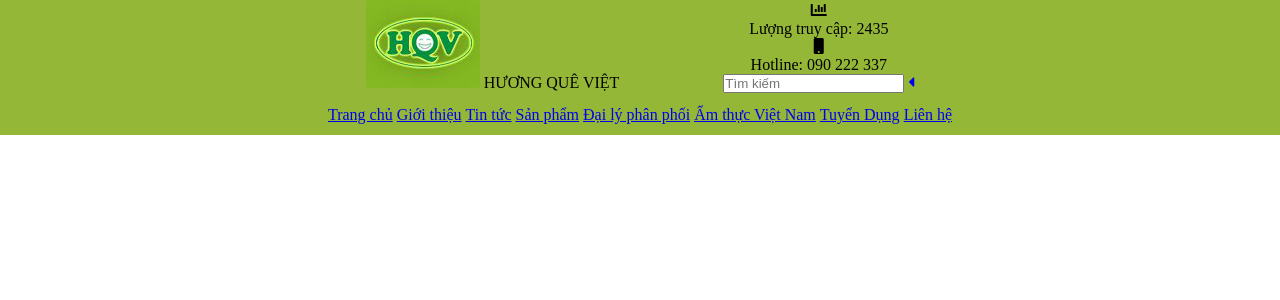
Repository: NgocTruong0701/Self_Learning
Page: html/practice/Baitapweb/index.html
The author's editor kept a copy of each file at every save. The page is drawn from the files as they stood at one save, then again after the next save.
The browser window is 1280 px wide. The pictures show the whole page.

Above is the page before, as saved 2021-10-06 16:49:47.

### html/practice/Baitapweb/index.html
<!DOCTYPE html>
<html>
    <head>
        <title>Web Bài 4</title>
        <meta charset="UTF-8">
        <meta name="author" content="Lê Ngọc Trường">
        <link rel="stylesheet" type="text/css" href="./assets/css/styles.css">
        <link rel="stylesheet" href="./assets/font/fontawesome-free-5.15.4-web/css/all.css">
    </head>

    <body>
        <!-- Begin Header -->
        <header>
            <!-- Khối bên phải -->
            <div class="box-left">
                <!-- logo -->
                <div class="logo">
                    <img src="./assets/pictures/logo/logo.jpg" alt="logo">
                </div>

                <!-- tiêu đề -->
                <div class="header-heading">
                    hương quê việt
                </div>
            </div>

            <!-- khối bên phải -->
            <div class="box-right">
                <div class="thongtin">
                    <div class="ltruycap">
                        <i class="fas fa-chart-bar"></i>
                        <p>Lượng truy cập: 2435</p>
                    </div>

                    <div class="hotline">
                        <i class="fas fa-mobile"></i>
                        <p>Hotline: 090 222 337</p>
                    </div>
                </div>

                <div class="search">
                    <form action="url" method="GET">
                        <input type="text" placeholder="Tìm kiếm">
                        <a href="#">
                            <i class="fas fa-caret-left"></i>
                        </a>
                    </form>
                </div>
            </div>

            <!-- menu header -->
            <div class="menu-header">
                <ul class="menu-tren">
                    <li><a href="#">Trang chủ</a></li>
                    <li><a href="#">Giới thiệu</a></li>
                    <li><a href="#">Tin tức</a></li>
                    <li><a href="#">Sản phẩm</a></li>
                    <li><a href="#">Đại lý phân phối</a></li>
                    <li><a href="#">Ẩm thực Việt Nam</a></li>
                    <li><a href="#">Tuyển Dụng</a></li>
                    <li><a href="#">Liên hệ</a></li>
                </ul>
            </div>

        </header>
        <!-- End Header -->

        <!-- Begin Body -->
        <div id="container">

        </div>
        <!-- End Body -->

        <!-- Begin Footer -->
        <footer>

        </footer>
        <!-- End Footer -->
    </body>
</html>

### html/practice/Baitapweb/assets/css/styles.css
/* RESET CSS */
*{
    padding:0;
    margin: 0;
    box-sizing:border-box;
}

/* Begin Header */
header{
    background-color: #94b737;
    text-align: center;
    width: 100%;
    height: 135px;
}

.logo{
    display: inline-block;
}

.header-heading{
    text-transform: uppercase;
    display: inline-block;
    padding-right:100px;
    height:

}

header .box-left{
    display: inline-block;
    height: 95px;
}

header .box-right{
    display: inline-block;
}

.menu-header{
    height: 40px;
}


.menu-tren li{
    display: inline-block;
}

.menu-tren li a{
    line-height: 40px;
}


/* End Header */

/* Begin Container */




/* End Container */

/* Begin Footer */





/* End Footer */

Loaded but not shown: html/practice/Baitapweb/Web4-Webside-LeNgocTruong-2020601391/assets/font/fontawesome-free-5.15.4-web/css/all.css (library)

After the next save:
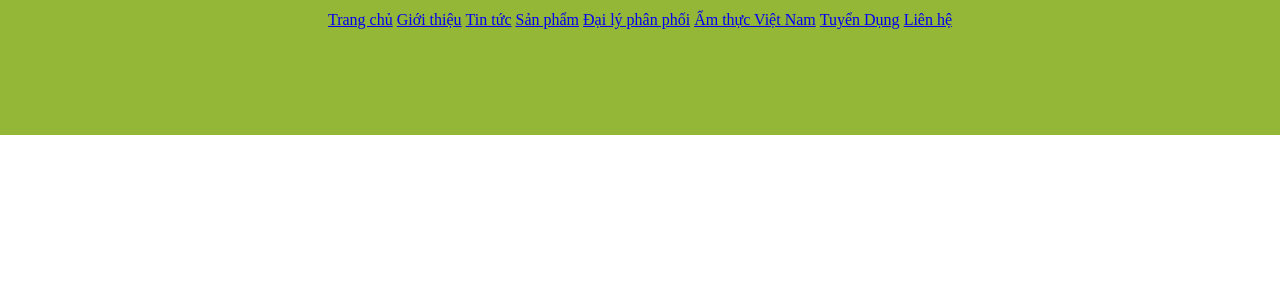
Saved 22 s later.
--- a/html/practice/Baitapweb/index.html
+++ b/html/practice/Baitapweb/index.html
@@ -12,41 +12,7 @@
         <!-- Begin Header -->
         <header>
             <!-- Khối bên phải -->
-            <div class="box-left">
-                <!-- logo -->
-                <div class="logo">
-                    <img src="./assets/pictures/logo/logo.jpg" alt="logo">
-                </div>
 
-                <!-- tiêu đề -->
-                <div class="header-heading">
-                    hương quê việt
-                </div>
-            </div>
-
-            <!-- khối bên phải -->
-            <div class="box-right">
-                <div class="thongtin">
-                    <div class="ltruycap">
-                        <i class="fas fa-chart-bar"></i>
-                        <p>Lượng truy cập: 2435</p>
-                    </div>
-
-                    <div class="hotline">
-                        <i class="fas fa-mobile"></i>
-                        <p>Hotline: 090 222 337</p>
-                    </div>
-                </div>
-
-                <div class="search">
-                    <form action="url" method="GET">
-                        <input type="text" placeholder="Tìm kiếm">
-                        <a href="#">
-                            <i class="fas fa-caret-left"></i>
-                        </a>
-                    </form>
-                </div>
-            </div>
 
             <!-- menu header -->
             <div class="menu-header">

After the 4 saves that followed:
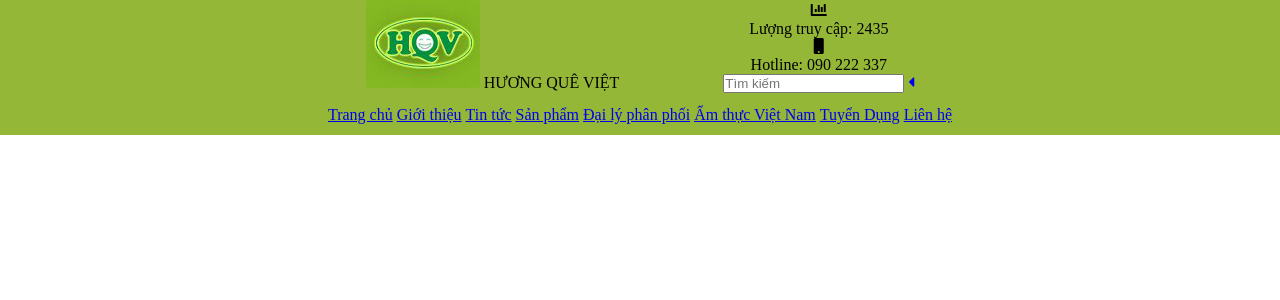
The 4 saves are shown as one change because they came seconds apart.
The last was saved 14 s later.
--- a/html/practice/Baitapweb/index.html
+++ b/html/practice/Baitapweb/index.html
@@ -12,7 +12,43 @@
         <!-- Begin Header -->
         <header>
             <!-- Khối bên phải -->
+            <div id="banner">
+                <div class="box-left">
+                    <!-- logo -->
+                    <div class="logo">
+                        <img src="./assets/pictures/logo/logo.jpg" alt="logo">
+                    </div>
 
+                    <!-- tiêu đề -->
+                    <div class="header-heading">
+                        hương quê việt
+                    </div>
+                </div>
+
+                <!-- khối bên phải -->
+                <div class="box-right">
+                    <div class="thongtin">
+                        <div class="ltruycap">
+                            <i class="fas fa-chart-bar"></i>
+                            <p>Lượng truy cập: 2435</p>
+                        </div>
+
+                        <div class="hotline">
+                            <i class="fas fa-mobile"></i>
+                            <p>Hotline: 090 222 337</p>
+                        </div>
+                    </div>
+
+                    <div class="search">
+                        <form action="url" method="GET">
+                            <input type="text" placeholder="Tìm kiếm">
+                            <a href="#">
+                                <i class="fas fa-caret-left"></i>
+                            </a>
+                        </form>
+                    </div>
+                </div>
+            </div>
 
             <!-- menu header -->
             <div class="menu-header">
